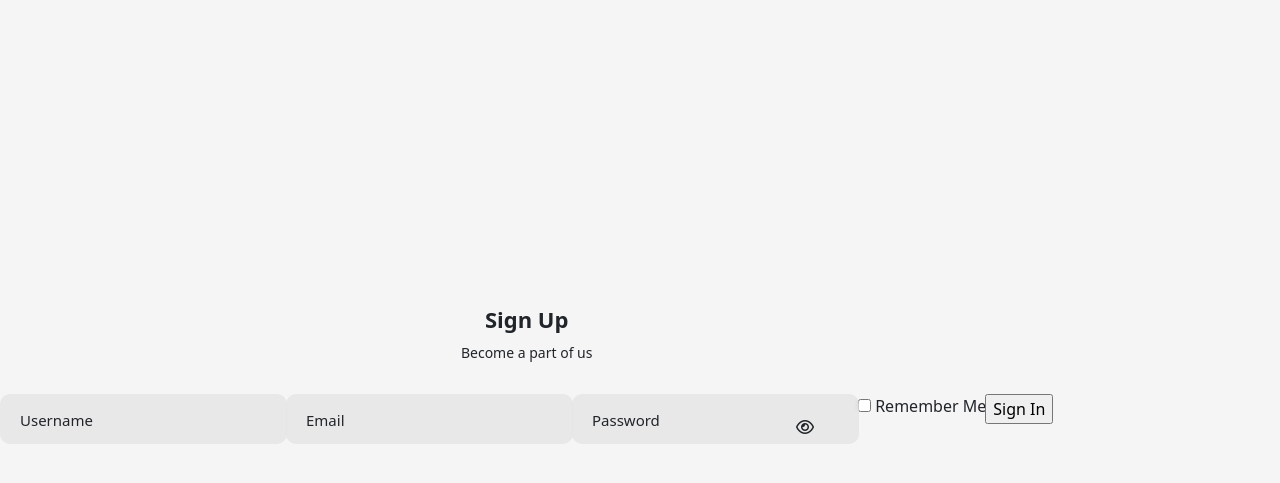
Repository: MauDucKG/BigFarm
Page: http://localhost/BigFarm/views/main/register/index.php
An editor plug-in stored every save of this project. The page is shown before and after a run of saves, followed by the edit.
The browser window is 1280 px wide. The pictures show the whole page.
Some web libraries are served in a nearby version. The page is run by PHP 8.4 with error messages shown; the project is at /var/www/html/.

Above is the page before, as saved 2023-04-26 18:28:34.

After the next 2 saves:
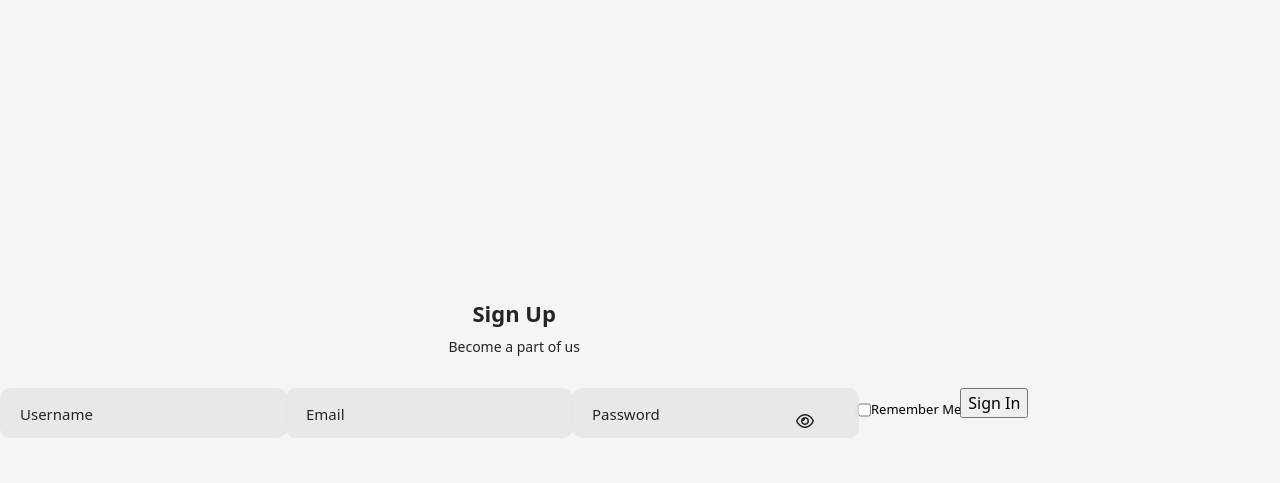
The 2 saves are shown as one change because they came seconds apart.
The last was saved 29 s later.
--- a/views/main/register/index.php
+++ b/views/main/register/index.php
@@ -73,6 +73,12 @@
         #eye-slash,#eye-slash-2{
             opacity: 0;
         }
+        .remember{
+    display: flex;
+    font-size: 13px;
+    margin: 12px 0 30px 0;
+    color: #000;
+        }
     </style>
 </head>
 
